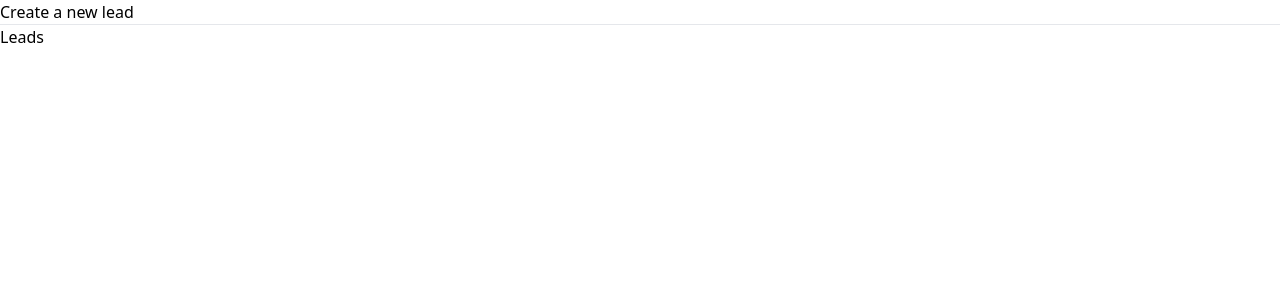
Repository: guidogr95/Django-CRM
Page: http://localhost/leads/
An editor plug-in stored every save of this project. The page is shown before and after the next save, followed by the edit.
The browser window is 1280 px wide. The pictures show the whole page.
The page is served by the project's application, run on Django 3.2 (manage.py). Other server files are loaded and not shown. Queries for data that is not in the repository find no rows.

Above is the page before, as saved 2021-06-27 15:56:20.

### leads/templates/leads/lead_list.html
{% extends 'base.html' %}
{% block content %}
    <a href="{% url 'leads:lead_create' %}">Create a new lead</a>
    <hr/>
    <h1>Leads</h1>
    {% for lead in leads %}
    <div class="lead" >
      <a href="{% url 'leads:lead_detail' lead.pk %}">{{ lead.first_name }} {{ lead.last_name }}</a>. Age: {{ lead.age }}
    </div>
    {% endfor %}
{% endblock content %}

### templates/base.html
<!DOCTYPE html>
<html>
  <head>
    <meta charset="utf-8">
    <meta http-equiv="X-UA-Compatible" content="IE=edge">
    <title>DJCRM</title>
    <meta name="description" content="">
    <meta name="viewport" content="width=device-width, initial-scale=1">
    <link href="https://unpkg.com/tailwindcss@^2/dist/tailwind.min.css" rel="stylesheet">
  </head>
  <body>
    {% block content %}
    {% endblock content %}
  </body>
</html>

### leads/views.py
from django.shortcuts import render, redirect
from django.http import HttpResponse
from .models import Lead, Agent
from .forms import LeadForm, LeadModelForm

def lead_list(request):
  leads = Lead.objects.all()
  context = {
    'leads': leads
  }
  return render(request, "leads/lead_list.html", context)

def lead_detail(request, pk):
  lead = Lead.objects.get(id=pk)
  context = {
    'lead': lead
  }
  return render(request, "leads/lead_detail.html", context)

def lead_create(request):
  form = LeadModelForm()
  if request.method == 'POST':
    print('Retrieving a post request')
    # reassigning
    form = LeadModelForm(request.POST)
    if form.is_valid():
      # first_name = form.cleaned_data['first_name']
      # last_name = form.cleaned_data['last_name']
      # age = form.cleaned_data['age']
      # agent = form.cleaned_data['agent']
      # Lead.objects.create(
      #   first_name=first_name,
      #   last_name=last_name,
      #   age=age,
      #   agent=agent
      # ) since we specify the model for the form this is equal to:
      form.save()
      return redirect('/leads')
  context = {
    'form': form
  }
  return render(request, "leads/lead_create.html", context)

def lead_update(request, pk):
  lead = Lead.objects.get(id=pk)
  form = LeadModelForm(instance=lead)
  if request.method == 'POST':
    print('Retrieving a post request')
    # reassigning
    form = LeadModelForm(request.POST, instance=lead)
    if form.is_valid():
      form.save()
      return redirect(f'/leads/{pk}')
  context = {
    'form': form,
    'lead': lead
  }
  return render(request, "leads/lead_update.html", context)

def lead_delete(request, pk):
  lead = Lead.objects.get(id=pk)
  lead.delete()
  return redirect ('/leads')

# def lead_update(request, pk):
#   lead = Lead.objects.get(id=pk)
#   form = LeadForm()
#   if request.method == 'POST':
#     form = LeadForm(request.POST)
#     if form.is_valid():
#       first_name = form.cleaned_data['first_name']
#       last_name = form.cleaned_data['last_name']
#       age = form.cleaned_data['age']
#       lead.first_name = first_name
#       lead.last_name = last_name
#       lead.age = age
#       # commit changes to db
#       lead.save()
#       return redirect(f'/leads/{pk}')
#   context = {
#     'lead': lead,
#     'form': form
#   }
#   return render(request, "leads/lead_update.html", context)


# def lead_create(request):
  # form = LeadModelForm()
  # if request.method == 'POST':
  #   print('Retrieving a post request')
  #   # reassigning
  #   form = LeadModelForm(request.POST)
  #   if form.is_valid():
  #     print("Form is valid")
  #     print(form.cleaned_data)
  #     first_name = form.cleaned_data['first_name']
  #     last_name = form.cleaned_data['last_name']
  #     age = form.cleaned_data['age']
  #     agent = Agent.objects.first()
  #     Lead.objects.create(
  #       first_name=first_name,
  #       last_name=last_name,
  #       age=age,
  #       agent=agent
  #     )
  #     print("created")
  #     return redirect('/leads')
#   context = {
#     'form': form
#   }
#   return render(request, "leads/lead_create.html", context)

### djcrm/urls.py
from django.contrib import admin
from django.urls import path, include

urlpatterns = [
    path('admin/', admin.site.urls),
    # Add custom paths
    path('leads/', include('leads.urls', namespace="leads"))
]

### leads/urls.py
from django.urls import path
from .views import lead_list, lead_detail, lead_create, lead_update, lead_delete

app_name = "leads"

urlpatterns = [
    path('', lead_list, name='lead_list'),
    path('create/', lead_create, name='lead_create'),
    path('<int:pk>/delete/', lead_delete, name='lead_delete'),
    path('<int:pk>/update/', lead_update, name='lead_update'),
    path('<int:pk>/', lead_detail, name='lead_detail')
]

After the next save:
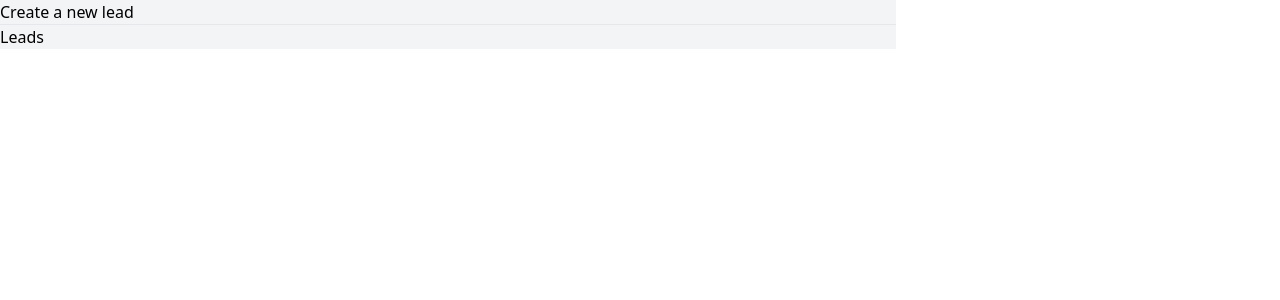
Saved 39 s later.
--- a/templates/base.html
+++ b/templates/base.html
@@ -9,7 +9,9 @@
     <link href="https://unpkg.com/tailwindcss@^2/dist/tailwind.min.css" rel="stylesheet">
   </head>
   <body>
+    <div class="max-w-4xl bg-gray-100">
     {% block content %}
     {% endblock content %}
+    </div>
   </body>
 </html>
